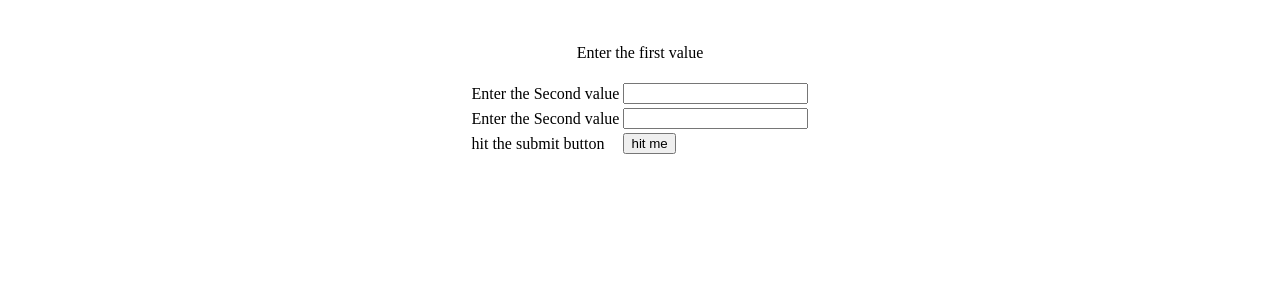
Repository: dhanasekar13/servlet
Page: mystore/war/login.html
An editor plug-in stored every save of this project. The page is shown before and after the next save, followed by the edit.
The browser window is 1280 px wide. The pictures show the whole page.

Above is the page before, as saved 2017-05-08 18:12:08.

After the next save:
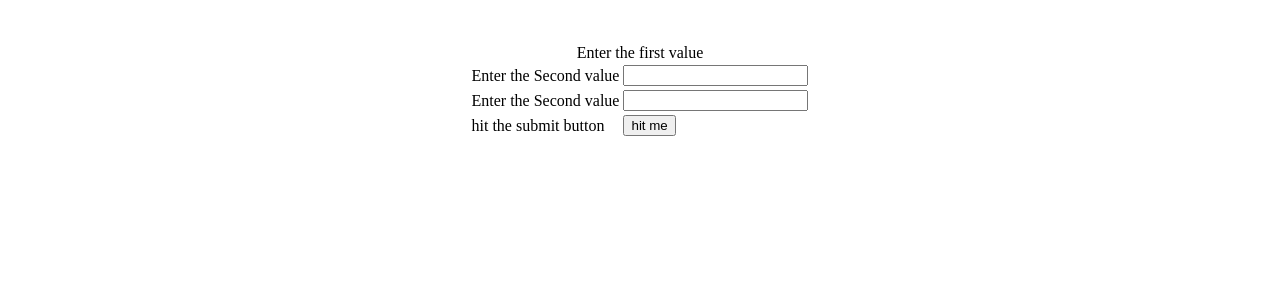
Saved 17 s later.
--- a/mystore/war/login.html
+++ b/mystore/war/login.html
@@ -3,7 +3,7 @@
 <br>
 <br>
 <center>Enter the first value
-<form><br>
+<br>
 <table>
 
 <tr>
@@ -23,6 +23,6 @@
 </table>
 
 
-
+</center>
 </body>
 </html>
